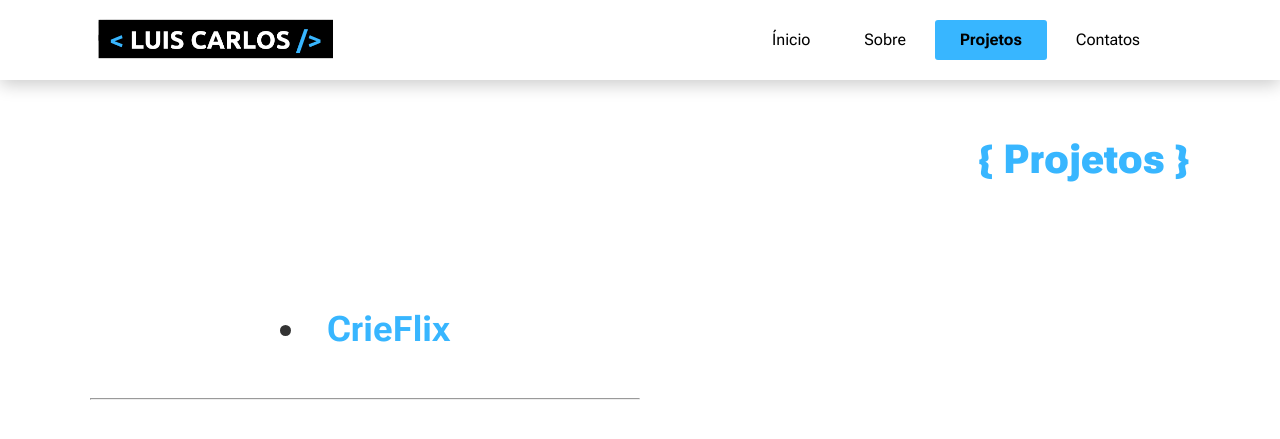
Repository: Iluiscarlos/SitePortifolio
Page: projects.html
These files come from the project's save history. The page is drawn as it stood at one moment and after the next save; the edit follows.
The browser window is 1280 px wide. The pictures show the whole page.
Some web libraries are served in a nearby version.

Above is the page before, as saved 2022-05-25 21:16:50.

### projects.html
<!DOCTYPE html>
<html lang="pt-BR">

<head>
    <meta charset="UTF-8">
    <meta name="viewport" content="width=device-width, initial-scale=1.0">
    <meta http-equiv="X-UA-Compatible" content="ie=edge">
    <title>Luís Carlos</title>
    <link rel="stylesheet" href="Styles/base/reset.css">
    <link rel="stylesheet" href="Styles/base/variables.css">
    <link rel="stylesheet" href="Styles/base/base.css">
    <link rel="stylesheet" href="Styles/layout/header.css">
    <link rel="stylesheet" href="Styles/layout/about.css">
    <link rel="stylesheet" href="Styles/layout/projects.css">
    <link rel="stylesheet" href="Styles/layout/footer.css">
    <link rel="stylesheet" href="Styles/components/icon.css">
    <script src="https://kit.fontawesome.com/2c48374459.js" crossorigin="anonymous"></script>
    <link rel="preconnect" href="https://fonts.googleapis.com">
    <link rel="preconnect" href="https://fonts.gstatic.com" crossorigin>
    <link
        href="https://fonts.googleapis.com/css2?family=Roboto+Flex:opsz,wght@8..144,100;8..144,200;8..144,300;8..144,400;8..144,500;8..144,600;8..144,700;8..144,800;8..144,900&display=swap"
        rel="stylesheet">
</head>

<body>
    <header class="header">
        <div class="container">
            <img src="icons/logo.png" class="header__logo">
            <nav class="menu__item">
                <a href="index.html" class="menu__item">Ínicio</a>
                <a href="about.html" class="menu__item">Sobre</a>
                <a href="projects.html" target="_self" class=" menu__item menu__item--active">Projetos</a>
                <a href="contacts.html" class="menu__item">Contatos</a>
            </nav>
        </div>
    </header>
    <main class="container">
        <h1 class="about__tittle">{ Projetos }</h1>
        <section class="projects">
            <div class="projects__list">
                <li><b class="bold__blue">CrieFlix</b></li>
                <hr>
            </div>
            <div class="projects__description">

            </div>
        </section>
    </main>
</body>

</html>

### Styles/base/variables.css
:root{
    --color-red: #F41B3B;
    --color-green: #1EBC99;
    --color-blue: #38b6ff;
    --color-blue1: #0058dd;
    --color-purple:#6b009d;
    --color-yellow: #F9CC0D;
    --color-white: #ffffff;
    --color-black: #000000;
    --color-black1: #333;
    --color-darken-gray: #363536;
    --color-light-gray: #807E81;
    --color-gray: #4f4e50;
    --color-fa: #fafafa;
    --color-ea: #eaeaea;
    --color-cece: #cecece;

--font-family-Roboto:"Roboto Flex", 'Sans serif';
--font-size-default: 16px;
--border-radius-default:3px;

--font-family-primary: var(--font-family-Roboto);
}

### Styles/base/base.css
body {
    font-family: var(--font-family-primary);
    font-size: var(--font-size-default);
    background-color:  var(--color-white);
    color: var(--color-black1);
}


.divisor{
    size: 1;
    width: 100%;
}

.container {
    width: 1100px;
    max-width: 100%;
    margin-left: auto;
    margin-right: auto;
    margin-bottom: 60px;
  }

### Styles/layout/header.css
.header{
    position: fixed;
    height: 80px;
    font-size: 16px;
    background-color: var(--color-white);
    box-shadow: 0 5px 1em #cecece;
    top: 0;
    left: 0;
    right: 0;
}

.header .container{
    display: flex;
    align-items: center;
    height: 100%;
}
.menu__item{
    display: inline-block;
    padding: 0 25px 0;
    text-decoration: none;
    /*border-right: 2px solid var(--color-blue);*/
    color: var(--color-black);
    margin-left: auto;
}

.menu__item--active{
    color: var(--color-black);
    display: inline-block;
    text-align: center;
    font-weight: bold;
    line-height: 40px;
    border-radius: 3px;
    background: var(--color-blue);
}

/*.menu__item:last-child{
    border-right: none;
}*/

.header__logo{
    width: 250px;
}


@media only screen and (max-width: 480px){
    .header{
    display: block;
    position: fixed;
    top: 60px;
    left: 0;
    right: 0;
    bottom: 0;
    background-color: pink;
    transform: translateX(-100%);

}


    .header__menu::-webkit-scrollbar{
        width: 0;
        height: 0;
    }

    .menu__item{
        display: block;
        margin: 20px 0;
    }

}

### Styles/layout/about.css
.about{
    display: flex;
}

.about__photo{
    width: 400px;
    height: 500px;
    padding-top: 280px;
    padding-right: 50px;
    vertical-align: middle;
    object-fit: cover;
}


.about__tittle{
    color: var(--color-blue);
    font-size: 40px;
    font-weight:900;
    padding-top: 140px;
    text-align: end;
}


.about__content{
    font-family: var(--font-family-primary);
    font-size: 18px;
    padding-top: 30px;
    text-align: justify;
    line-height: 1.25;
}


a{
    text-decoration: none;
}

.bold__blue{
    font-weight: bold;
    color: var(--color-blue);
}

.bold__black{
    font-weight: bold;
    color: var(--color-black);
}


.experience{
    display: flex;
    flex-direction: column;
}

.subtitle{
    color: var(--color-blue);
    font-size: 40px;
    font-weight:500;
    padding-top: 25px;
    text-align: center;
    vertical-align:top;
}

.experience__list{
    text-align: justify;
    font-size: 18px;
    font-weight: 400;
    line-height: 25px;
}

.experience__edu{
    text-align: justify;
    font-size: 18px;
    font-weight: 400;
    line-height: 25px;
}

### Styles/layout/projects.css
.projects{
    display: flex;

    margin-top: 100px;

}

.projects__list{
    width: 50%;
    font-size: 35px;
    text-align: center;
    line-height: 100px;
}

.projects__description{
    width: 50%;
    text-align: center;

}

### Styles/layout/footer.css
footer{
display: block;
background-color: var(--color-black);
}

.andress {
    display: flex;
    height: 350px;
    color: var(--color-white);
    align-items: center;
    justify-content: space-between;
    padding-left: 100px;
}


.andress__contacts{
    display: block;
    font-size: var(--font-size-default);
    line-height: 60px;
}

.andress__contacts-tittle{
    color: var(--color-blue);
    font-size: 28px;
    font-weight: 900;

}


.contacts{
    display: block;
    text-decoration: none;
    color: var(--color-white);
}

.andress__rede{
    display: block;
    font-size: 20px;
    padding-left: 150px;
    padding-right: 100px;
}

.andress__add{
    line-height: 25px;
    padding-left: 100px;
    text-align:center;
}


.footer__copy{
    display: flex;
    height: 60px;
    font-size: var(--font-size-default);
    color: var(--color-white);
    text-align: center;
    justify-content:center;
    align-items: center;
}

### Styles/components/icon.css
.icon__large{
    font-size: 4em;
    color: var(--color-blue1);
    text-align: center;
}

.icon__large:last-child{
    text-align: end;
}

.social .icon__large{
    color: var(--color-white);
}

.icon__medium{
    text-decoration: none;
    font-size: 2em;
    color: var(--color-white);
    letter-spacing: 15px;
}

.icon__small{
    text-decoration: none;
    text-align: end;
    font-size: 1em;
    color: var(--color-blue);
    letter-spacing: 7px;
}

.icon__small i:hover{
    transform: translateX(1px) rotate(10deg) translateY(0.3px) scale(1.2);
    transition-duration: 1000ms;
}

.icon__medium i:hover{
    transform: translateX(1px) rotate(10deg) translateY(0.3px) scale(1.2);
    transition-duration: 1000ms;
}

Loaded but not shown: Styles/base/reset.css (common file)

After the next save:
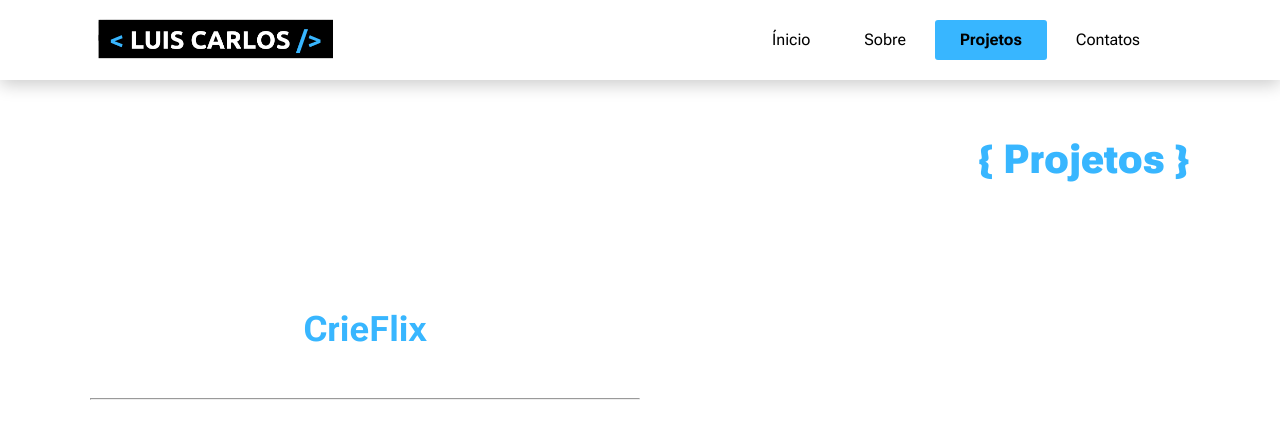
Saved 51 s later.
--- a/projects.html
+++ b/projects.html
@@ -38,7 +38,7 @@
         <h1 class="about__tittle">{ Projetos }</h1>
         <section class="projects">
             <div class="projects__list">
-                <li><b class="bold__blue">CrieFlix</b></li>
+                <b class="bold__blue">CrieFlix</b>
                 <hr>
             </div>
             <div class="projects__description">
